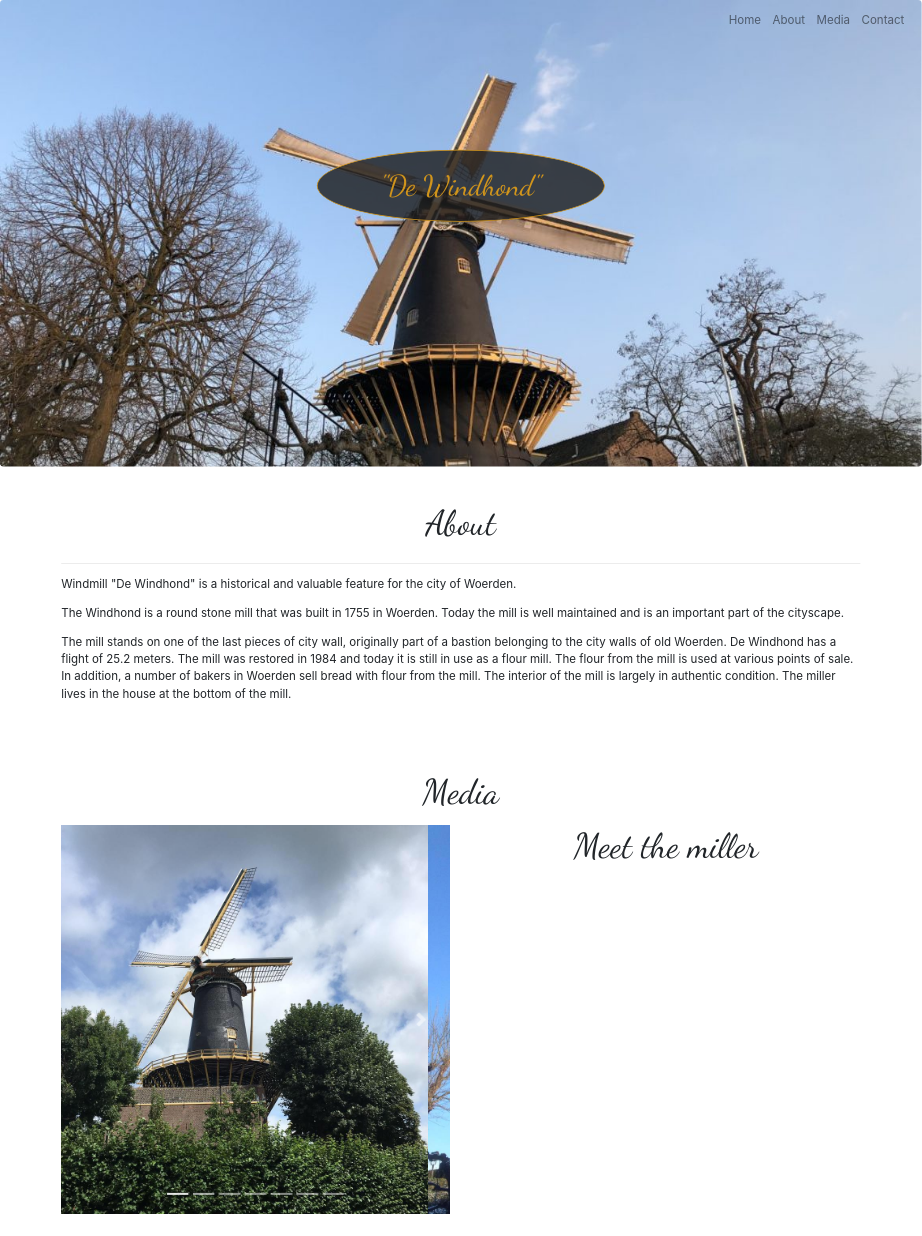
Repository: jdl208/DeWindhond
Page: index.html
The author's editor kept a record of every edit. The page is drawn from the files as they stood at one moment, then again after the next edit.
The browser window is 1280 px wide. The pictures show the whole page, at 72% of full size.
Pictures or frames that could not be fetched are drawn as grey boxes. Some web libraries are served in a nearby version.

Above is the page before.

### index.html
<!DOCTYPE html>
<html lang="en">

<head>
    <meta charset="UTF-8">
    <meta name="viewport" content="width=device-width, initial-scale=1.0">
    <meta http-equiv="X-UA-Compatible" content="ie=edge">
    <title>Windmill "De Windhond"</title>
    <link rel="stylesheet" href="https://stackpath.bootstrapcdn.com/bootstrap/4.3.1/css/bootstrap.min.css" integrity="sha384-ggOyR0iXCbMQv3Xipma34MD+dH/1fQ784/j6cY/iJTQUOhcWr7x9JvoRxT2MZw1T" crossorigin="anonymous">
    <link href="https://fonts.googleapis.com/css?family=Dancing+Script:400,700&display=swap" rel="stylesheet">
    <link rel="stylesheet" href="assets/css/style.css" type="text/css" />

</head>

<body>

    <!-- Header and Navigation-->

    <header class="jumbotron" id="home">
        <nav class="navbar fixed-top navbar-expand-lg navbar-light">
            <div class="navbar-brand" href="#"></div>
            <button class="navbar-toggler" type="button" data-toggle="collapse" data-target="#navbarTogglerDemo02" aria-controls="navbarTogglerDemo02" aria-expanded="false" aria-label="Toggle navigation">
                <span class="navbar-toggler-icon"></span>
            </button>

            <div class="collapse navbar-collapse" id="navbarTogglerDemo02">
                <ul class="navbar-nav ml-auto mt-2 mt-lg-0">
                    <li class="nav-item ml-auto">
                        <a class="nav-link" href="#home">Home <span class="sr-only">(current)</span></a>
                    </li>
                    <li class="nav-item ml-auto">
                        <a class="nav-link" href="#about">About</a>
                    </li>
                    <li class="nav-item ml-auto">
                        <a class="nav-link" href="#media">Media</a>
                    </li>
                    <li class="nav-item ml-auto">
                        <a class="nav-link" href="#contact">Contact</a>
                    </li>
                </ul>
            </div>
        </nav>
        <h1 class="name">"De Windhond"
        </h1>
    </header>

    <!-- About the Mill -->

    <section class="dark-bg-yellow-letters sectioncontainer" id="about">
        <div class="container about">
            <h2>About</h2>
            <hr>
            <p>Windmill "De Windhond" is a historical and valuable feature for the city of Woerden.</P>
            <p>The Windhond is a round stone mill that was built in 1755 in Woerden. Today the mill is well maintained and is an important part of the cityscape.</p>
            <p>The mill stands on one of the last pieces of city wall, originally part of a bastion belonging to the city walls of old Woerden. De Windhond has a flight of 25.2 meters. The mill was restored in 1984 and today it is still in use as a flour
                mill. The flour from the mill is used at various points of sale. In addition, a number of bakers in Woerden sell bread with flour from the mill. The interior of the mill is largely in authentic condition. The miller lives in the house
                at the bottom of the mill.
            </p>
        </div>
    </section>

    <section id="media" class="sectioncontainer">
        <div class="container mediabox">
            <H2>Media</H2>
            <div class="row">
                <div class="col-md-6 imagebox">
                    <div id="carouselExampleIndicators" class="carousel slide mediacarroussel" data-ride="carousel">
                        <ol class="carousel-indicators">
                            <li data-target="#carouselExampleIndicators" data-slide-to="0" class="active"></li>
                            <li data-target="#carouselExampleIndicators" data-slide-to="1"></li>
                            <li data-target="#carouselExampleIndicators" data-slide-to="2"></li>
                            <li data-target="#carouselExampleIndicators" data-slide-to="3"></li>
                            <li data-target="#carouselExampleIndicators" data-slide-to="4"></li>
                            <li data-target="#carouselExampleIndicators" data-slide-to="5"></li>
                            <li data-target="#carouselExampleIndicators" data-slide-to="6"></li>
                        </ol>
                        <div class="carousel-inner">
                            <div class="carousel-item active">
                                <img src="assets/images/img1.jpg" class="d-block" alt="...">
                            </div>
                            <div class="carousel-item">
                                <img src="assets/images/img2.jpg" class="d-block" alt="...">
                            </div>
                            <div class="carousel-item">
                                <img src="assets/images/img3.jpg" class="d-block" alt="...">
                            </div>
                            <div class="carousel-item">
                                <img src="assets/images/img4.jpg" class="d-block" alt="...">
                            </div>
                            <div class="carousel-item">
                                <img src="assets/images/img5.jpg" class="d-block" alt="...">
                            </div>
                            <div class="carousel-item">
                                <img src="assets/images/img6.jpg" class="d-block" alt="...">
                            </div>
                            <div class="carousel-item">
                                <img src="assets/images/img7.jpg" class="d-block" alt="...">
                            </div>
                        </div>
                        <a class="carousel-control-prev" href="#carouselExampleIndicators" role="button" data-slide="prev">
                        <span class="carousel-control-prev-icon" aria-hidden="true"></span>
                        <span class="sr-only">Previous</span>
                    </a>
                        <a class="carousel-control-next" href="#carouselExampleIndicators" role="button" data-slide="next">
                        <span class="carousel-control-next-icon" aria-hidden="true"></span>
                        <span class="sr-only">Next</span>
                    </a>
                    </div>
                </div>
                <div class="col-md-6">
                    <h3>Meet the miller</h3>
                    <iframe width="560" height="315" src="https://www.youtube.com/embed/lAjF5r5rAqM" frameborder="0" allow="accelerometer; autoplay; encrypted-media; gyroscope; picture-in-picture" allowfullscreen></iframe>
                </div>
            </div>
        </div>
    </section>
    <section class="contact">

    </section>
    <footer>


    </footer>

    <script src="https://code.jquery.com/jquery-3.3.1.slim.min.js" integrity="sha384-q8i/X+965DzO0rT7abK41JStQIAqVgRVzpbzo5smXKp4YfRvH+8abtTE1Pi6jizo" crossorigin="anonymous"></script>
    <script src="https://cdnjs.cloudflare.com/ajax/libs/popper.js/1.14.7/umd/popper.min.js" integrity="sha384-UO2eT0CpHqdSJQ6hJty5KVphtPhzWj9WO1clHTMGa3JDZwrnQq4sF86dIHNDz0W1" crossorigin="anonymous"></script>
    <script src="https://stackpath.bootstrapcdn.com/bootstrap/4.3.1/js/bootstrap.min.js" integrity="sha384-JjSmVgyd0p3pXB1rRibZUAYoIIy6OrQ6VrjIEaFf/nJGzIxFDsf4x0xIM+B07jRM" crossorigin="anonymous"></script>
    <script src="https://kit.fontawesome.com/70761e8d6e.js"></script>

</body>

</html>

### assets/css/style.css
@import url('https://fonts.googleapis.com/css?family=Dancing+Script:400,700&display=swap');

/* ---------------------------------------------- Colors */

.dark-bg {
    color: rgb(209, 149, 28);
    background-color: rgba(29, 29, 29, 1);
}
.light-bg {
    background-color: rgb(209, 149, 28);
    color: rgb(29, 29, 29);
}
.block-divider {
    width: 75px;
    height: 5px;
    border: 0;
    border-radius: 15px;
    margin-bottom: 40px;
}

.yellow-divider {
        background-color: rgb(209, 149, 28);
}

.dark-divider {
        background-color: rgb(29, 29, 29);
}

/* ---------------------------------------------- Heading */

h2,
h3 {
    font-family: "dancing script";
    text-align: center;
    font-size: 3rem;
    padding-bottom: 10px;
}

/* ---------------------------------------------- Header and navbar */

.navbar {
    background: none;
}

.navbar-light {
    color: rgba(29, 29, 29, 1);
}

.jumbotron {
    height: 90vh;
    background: url(../images/mill-outside-full.jpg);
    background-position: top;
    background-size: cover;
    background-repeat: no-repeat;
    margin-bottom: 0;
}

.name {
    color: rgb(209, 149, 28);
    background-color: rgba(29, 29, 29, 0.8);
    border: rgb(209, 149, 28) solid 1px;
    height: 100px;
    width: 400px;
    max-width: 75vw;
    padding-top: 25px;
    border-radius: 100%;
    margin: auto;
    margin-top: 20vh;
    text-align: center;
    font-family: "dancing script";
}

/* ---------------------------------------------- About */

/* ---------------------------------------------- Media */

.carousel-item {
    height: 75vh;
    background-color: rgba(29, 29, 29, 0.2);
}

.sectioncontainer {
    padding-top: 50px;
    padding-bottom: 30px;
}

.carousel-item img {
    margin: auto;
    height: 75vh;
}

After the next edit:
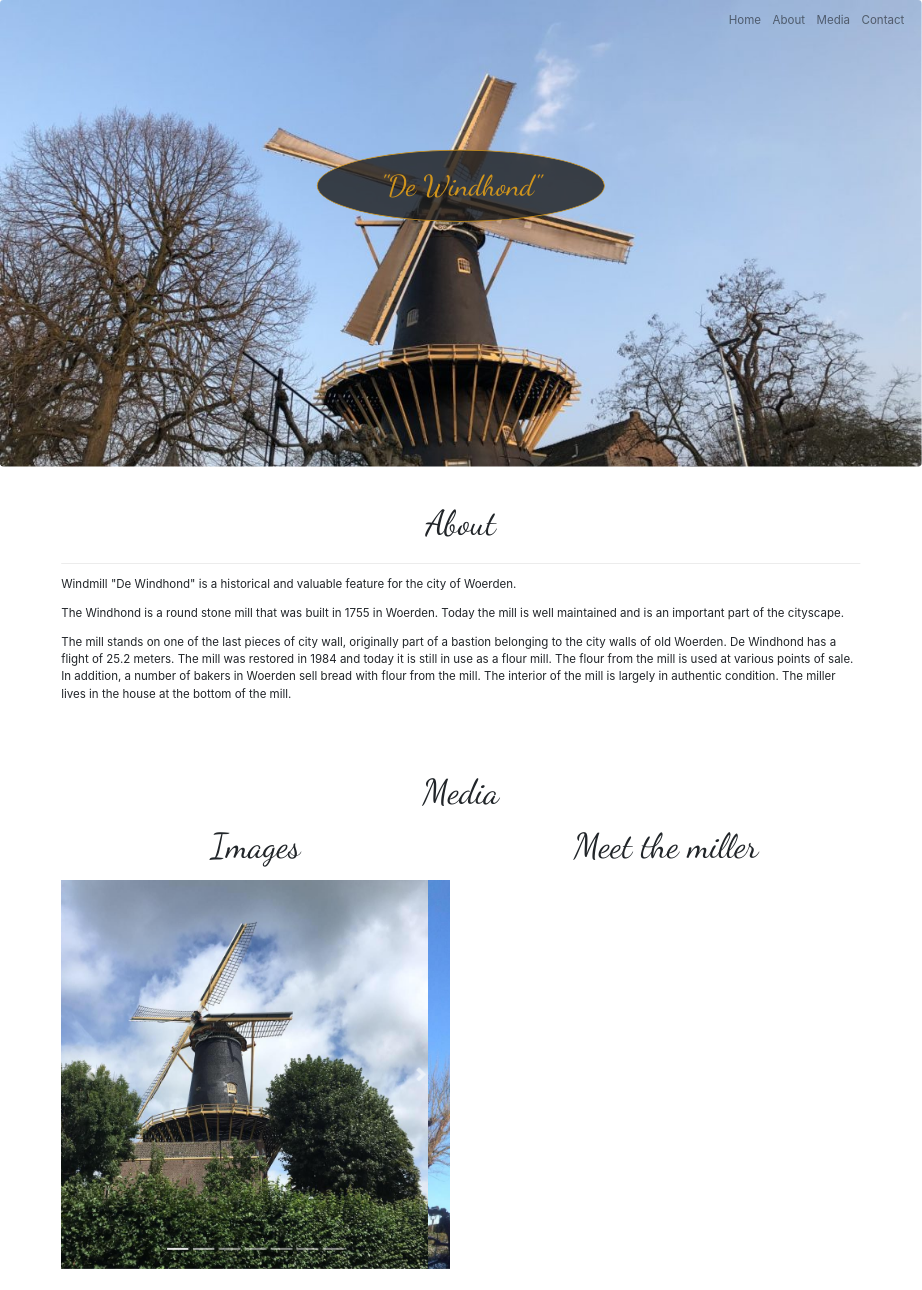
The edit:
--- a/index.html
+++ b/index.html
@@ -64,6 +64,7 @@
             <H2>Media</H2>
             <div class="row">
                 <div class="col-md-6 imagebox">
+                    <h3>Images</h3>
                     <div id="carouselExampleIndicators" class="carousel slide mediacarroussel" data-ride="carousel">
                         <ol class="carousel-indicators">
                             <li data-target="#carouselExampleIndicators" data-slide-to="0" class="active"></li>
